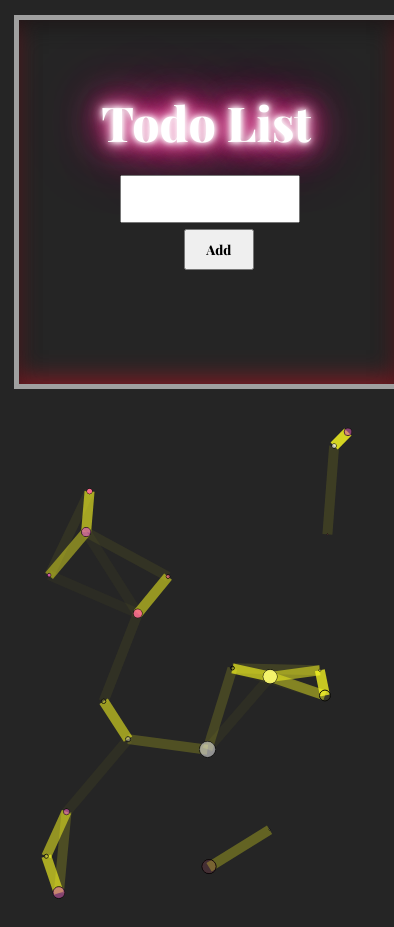
Repository: TENSAEA/----todo
Page: index.html
An editor plug-in stored every save of this project. The page is shown before and after the next save, followed by the edit.
The browser window is 375 px wide. The page is 394 px wide, so the pictures cover 394 px, including what lies to the right of the window. The pictures show the whole page.
Some web fonts or font styles are not loaded; a fallback is used.

Above is the page before, as saved 2023-10-25 14:44:29.

After the next save:
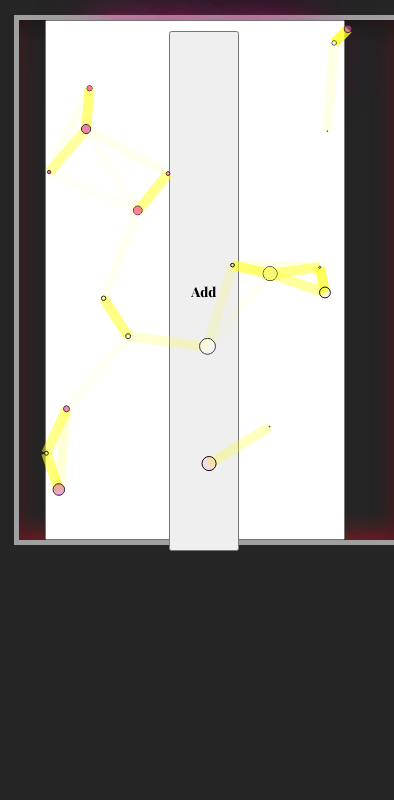
Saved 46 s later.
--- a/style.css
+++ b/style.css
@@ -81,7 +81,23 @@ color: #FFFFFF;
 }
 
 @media (max-width:636px){
-    input {
+    *,:before,:after {
+      content: '';
+      position: absolute;
+      top: 0;
+      left: 0;
+      width: 100%;
+      height: 100%;
+
+    } {
+      content: '';
+      position: absolute;
+      top: 0;
+      left: 0;
+      width: 100%;
+      height: 100%;
+
+    } {
         box-sizing: border-box;
         width: 100%;
     }
